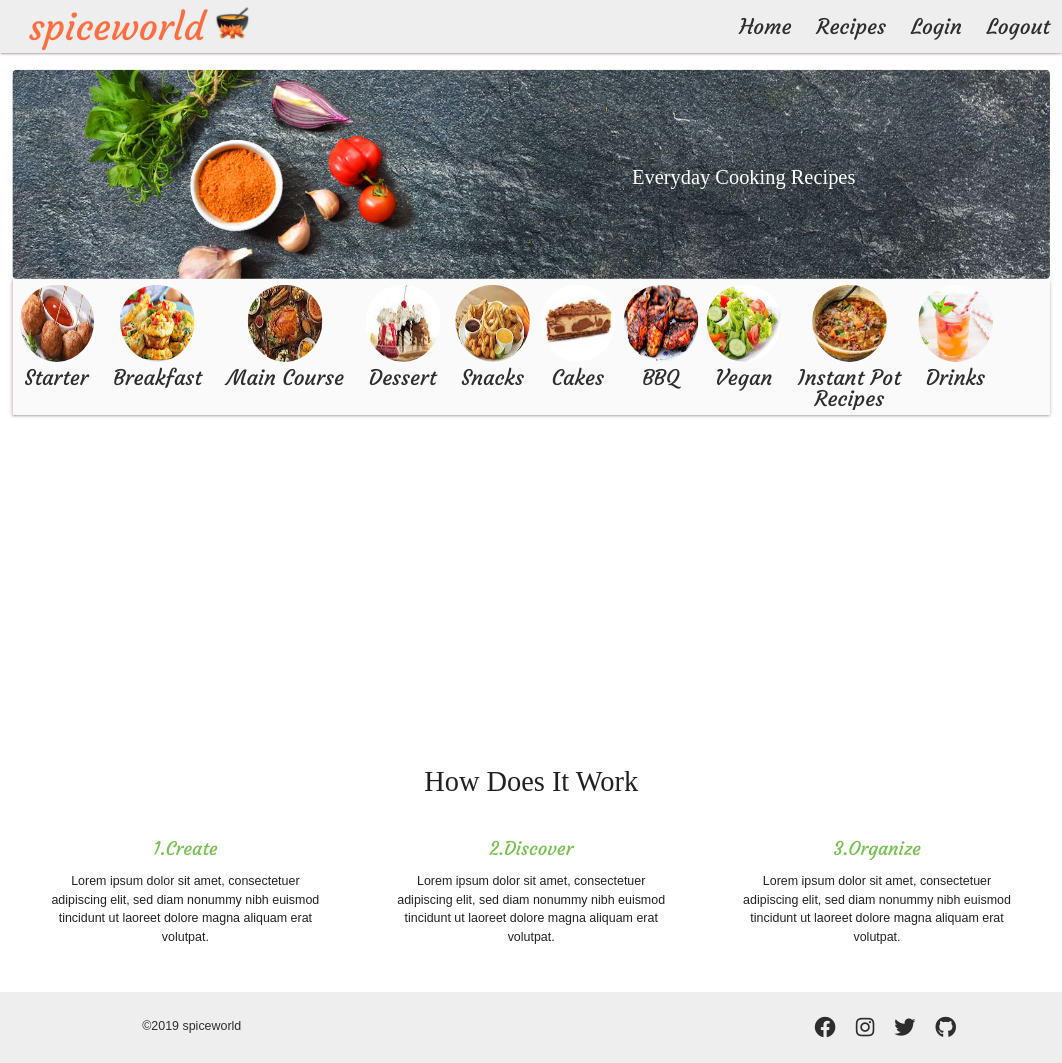
Repository: stephyraju/spiceworld
Page: http://localhost/
The author's editor kept a record of every edit. The page is drawn from the files as they stood at one moment, then again after the next edit.
The browser window is 1280 px wide. The pictures show the whole page, at 83% of full size.
Some web libraries are served in a nearby version. The page is served by the project's application, run on Flask 3 (app.py). Queries for data that is not in the repository find no rows.

Above is the page before.
Console error: TypeError: Cannot read properties of undefined (reading 'clientWidth')

After the next edit:
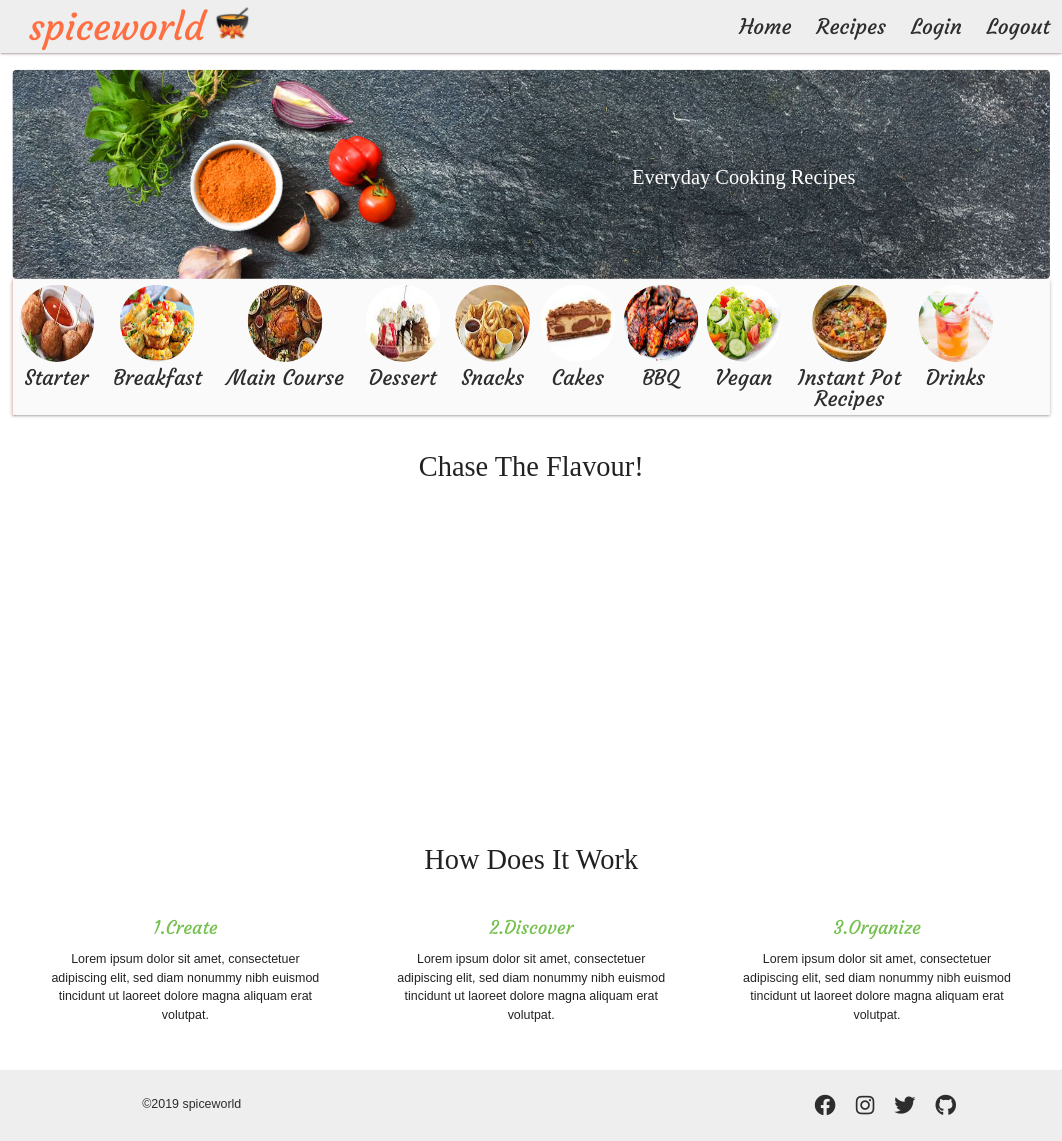
The edit:
--- a/templates/index.html
+++ b/templates/index.html
@@ -73,8 +73,9 @@
   -->
 </section>
 <!-- Carosal-Display -->
-<section  class="carosal-display">
-        <div class="col s12">
+<section class="carosal-section">
+        <div class="col s12 carousel-display ">
+        <h4 class="center">Chase The Flavour!</h4>
             <div class="carousel">
                 {% for recipe in recipes%}
                 <div class="carousel-item">
